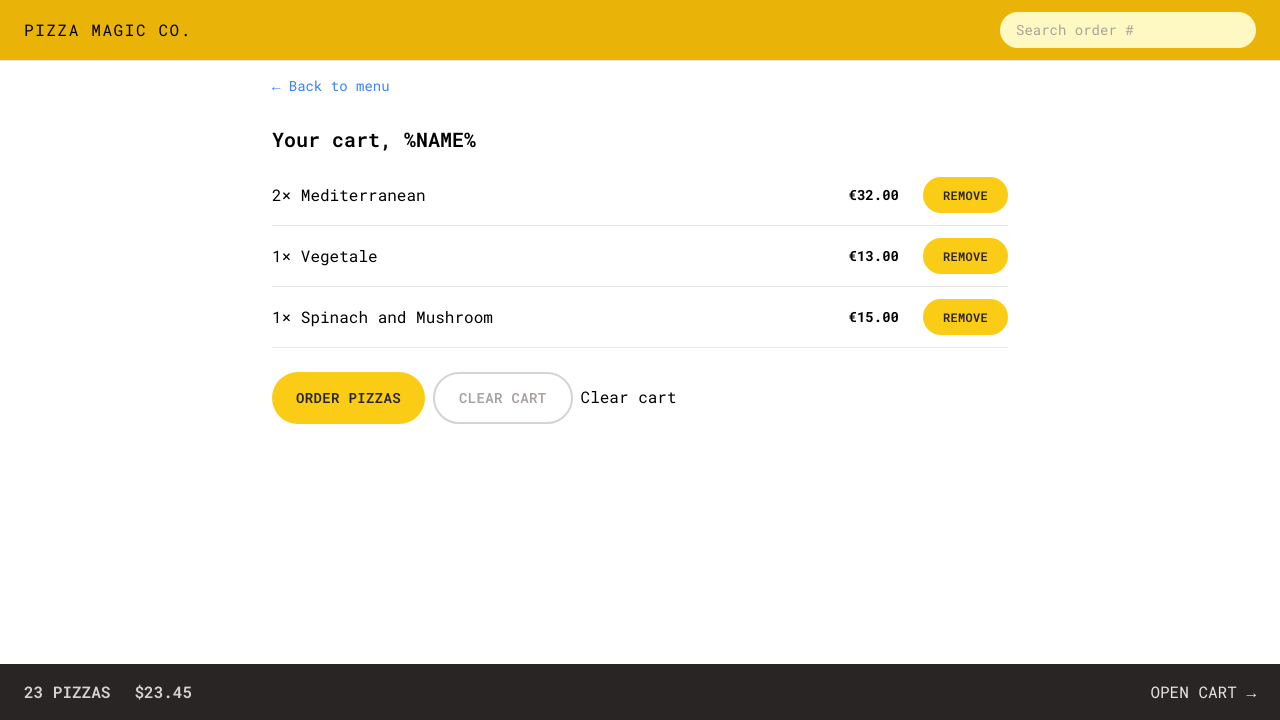
Repository: SyLe-Van/The-Pizza-Magic-web
Page: /cart
These files come from the project's save history. The page is drawn as it stood at one moment and after the next save; the edit follows.
The browser window is 1280 px wide. The pictures show the whole page.
The project was rebuilt for these pictures with package versions that can differ from the ones it lists, and the page was loaded fresh each time. Also part of the build but not shown: vite.config.js, src/features/user/CreateUser.jsx, src/ui/Home.jsx, src/features/user/Username.jsx, src/ui/Loader.jsx, src/services/apiRestaurant.js, src/features/menu/Menu.jsx, src/ui/Error.jsx and 3 more. Imported but missing from the stored project, and not drawn on this page: src/features/menu/MenuItem.

Above is the page before, as saved 2024-07-28 23:22:39.

### index.html
<!doctype html>
<html lang="en">
  <head>
    <meta charset="UTF-8" />
    <link rel="icon"
      href="data:[embedded picture, 141 characters]">

    <meta name="viewport" content="width=device-width, initial-scale=1.0" />
    <link rel="preconnect" href="https://fonts.googleapis.com">
    <link rel="preconnect" href="https://fonts.gstatic.com" crossorigin>
    <link href="https://fonts.googleapis.com/css2?family=Roboto+Mono:ital,wght@0,100..700;1,100..700&display=swap"
      rel="stylesheet">
    <title>Pizza Magic</title>
  </head>
  <body clas="bg-stone-100 text-stone-700">
    <div id="root"></div>
    <script type="module" src="/src/main.jsx"></script>
  </body>
</html>

### src/main.jsx
import React from 'react'
import ReactDOM from 'react-dom/client'
import App from './App.jsx'
import store from './store'
import { Provider } from 'react-redux'
import './index.css'
ReactDOM.createRoot(document.getElementById('root')).render(
  <React.StrictMode>
    <Provider store={store}>
      <App />
    </Provider>
  </React.StrictMode>,
)

### src/App.jsx
import {RouterProvider, createBrowserRouter } from "react-router-dom"
import Home from "./ui/Home"
import AppLayout from "./ui/AppLayout"
import Menu, {loader as menuLoader} from "./features/menu/Menu"
import Cart from "./features/cart/Cart"
import Error from "./ui/Error"
import CreateOrder, {action as CreateOrderAction} from "./features/order/CreateOrder"
import Order, {loader as orderLoader} from "./features/order/Order"
const router = createBrowserRouter([
  {
    element: <AppLayout />,
    errorElement: <Error />,
    children: [
      {
        path: "/",
        element: <Home />
      },
      {
        path: "/menu",
        element: <Menu />,
        loader: menuLoader,
        errorElement: <Error />,
      },
      {
        path: "/cart",
        element: <Cart />
      },
      {
        path: "/order/new",
        element: <CreateOrder />,
        action: CreateOrderAction,
      },
      {
        path: "/order/:orderId",
        element: <Order />,
        loader: orderLoader,
        errorElement: <Error />,
      }
    ]
  },


])

export default function App() {
  return <RouterProvider router={router} />
}

### src/index.css
@tailwind base;
@tailwind components;
@tailwind utilities;

@layer components {
  .input{
    @apply
      rounded-full
       md:px-6 md:py-3
        focus:ring
        focus:ring-yellow-400
         focus:outline-none
          border
           border-stone-200
             px-4 py-2
            text-sm transition-all
             duration-300
              placeholder:text-stone-400
               bg-slate-300

  }
    .loader {
      width: 45px;
      aspect-ratio: 0.75;
      --c: no-repeat linear-gradient(theme(colors.stone.800) 0 0);
      background: var(--c) 0% 50%, var(--c) 50% 50%, var(--c) 100% 50%;
      background-size: 20% 50%;
      animation: loading 1s infinite linear;
    }

    @keyframes loading {
      20% {
        background-position: 0% 0%, 50% 50%, 100% 50%;
      }

      40% {
        background-position: 0% 100%, 50% 0%, 100% 50%;
      }

      60% {
        background-position: 0% 50%, 50% 100%, 100% 0%;
      }

      80% {
        background-position: 0% 50%, 50% 50%, 100% 100%;
      }
    }
}
/* body {
  font-family: system-ui, -apple-system, BlinkMacSystemFont, 'Segoe UI', Roboto,
    Oxygen, Ubuntu, Cantarell, 'Open Sans', 'Helvetica Neue', sans-serif;
  background-color: #f7f7f7;
  color: #444;
}

.layout {
  display: grid;
  grid-template-rows: auto 1fr auto;
  gap: 32px;
  height: 100dvh;

} */

/* https://dev.to/afif/i-made-100-css-loaders-for-your-next-project-4eje */

### src/ui/AppLayout.jsx
import { Outlet, useNavigation } from "react-router-dom";
import CartOverview from "../features/cart/CartOverview";
import Header from "./Header";
import Loader from "./Loader";
export default function AppLayout() {
    const navigation = useNavigation()
    const isLoading = navigation.state === "loading"
    return (
        <div className="grid h-screen grid-rows-[auto_1fr_auto]">
            {isLoading && <Loader />}
            <Header />
            <div className="overflow-scroll">
                <main className="mx-auto max-w-3xl ">
                    <Outlet />
                </main>
            </div>
            <CartOverview />
        </div>
    )
}

### src/features/cart/Cart.jsx
import { Link } from 'react-router-dom';
import LinkButton from '../../ui/LinkButton';
import Button from '../../ui/Button';
import CartItem from './CartItem';
const fakeCart = [
  {
    pizzaId: 12,
    name: 'Mediterranean',
    quantity: 2,
    unitPrice: 16,
    totalPrice: 32,
  },
  {
    pizzaId: 6,
    name: 'Vegetale',
    quantity: 1,
    unitPrice: 13,
    totalPrice: 13,
  },
  {
    pizzaId: 11,
    name: 'Spinach and Mushroom',
    quantity: 1,
    unitPrice: 15,
    totalPrice: 15,
  },
];

function Cart() {
  const cart = fakeCart;

  return (
    <div className='py-3 px-4 '>
      <LinkButton to="/menu">&larr; Back to menu</LinkButton>
      <h2 className='mt-7 text-xl font-semibold'>Your cart, %NAME%</h2>
      <ul className='divide-y divide-stone-200 border-b mt-3'>
        {cart.map(item => <CartItem item={item} key={item.key} />)}
      </ul>
      <div className='mt-6 space-x-2'>
        <Button type="primary" to="/order/new">Order pizzas</Button>

        <Button type="secondary">Clear cart</Button>
        <button>Clear cart</button>
      </div>
    </div>
  );
}

export default Cart;

### src/features/user/userSlice.js
// function getPosition() {
//   return new Promise(function (resolve, reject) {
//     navigator.geolocation.getCurrentPosition(resolve, reject);
//   });
// }

// async function fetchAddress() {
//   // 1) We get the user's geolocation position
//   const positionObj = await getPosition();
//   const position = {
//     latitude: positionObj.coords.latitude,
//     longitude: positionObj.coords.longitude,
//   };

//   // 2) Then we use a reverse geocoding API to get a description of the user's address, so we can display it the order form, so that the user can correct it if wrong
//   const addressObj = await getAddress(position);
//   const address = `${addressObj?.locality}, ${addressObj?.city} ${addressObj?.postcode}, ${addressObj?.countryName}`;

//   // 3) Then we return an object with the data that we are interested in
//   return { position, address };
// }
import { createSlice } from "@reduxjs/toolkit";

const initialState = {
  username: "",
};
const userSlice = createSlice({
  name: "user",
  initialState,
  reducers: {
    updateName(state, action) {
      state.username = action.payload;
    },
  },
});

export const { updateName } = userSlice.actions;

export default userSlice.reducer;

### src/ui/Button.jsx
import { Link } from "react-router-dom";
function Button({ children, disabled, to , type}) {

    const base = "bg-yellow-400 text-sm focus:outline-none focus:ring-offset-2 focus:ring focus:ring-yellow-300 focus:bg-yellow-300 duration-300 transition-colors uppercase font-semibold   text-stone-800 inline-block  tracking-wide rounded-full hover:bg-yellow-300 disabled:cursor-not-allowed "
    const styles = {
        secondary: "focus:outline-none text-sm hover:text-stone-800 border-2 py-2.5 px-4 md:px-6 md:py-3.5 border-stone-300 focus:ring-offset-2 focus:ring focus:ring-stone-200 focus:bg-stone-300 duration-300 transition-colors uppercase font-semibold   text-stone-400 inline-block  tracking-wide rounded-full hover:bg-stone-300 disabled:cursor-not-allowed ",
        primary: base + "py-3 px-4  md:px-6 md:py-4",
        small: base + "px-4 py-2 md:px-5 md:py-2.5 text-xs"
    }
    if (to) {
        return <Link className={styles[type]} to={to}>{children}</Link>
    }
    return <button disabled={disabled} className={styles[type]}>
      {children}
  </button>
}
export default Button;

### src/features/cart/CartOverview.jsx
import { Link } from "react-router-dom";

export default function CartOverview() {
  return (
    <div className="bg-stone-800 text-stone-200 py-4 justify-between uppercase  px-4 sm:px-6 md:text-base flex items-center">
      <p className="text-stone-300 font-semibold space-x-4 sm:space-x-6">
        <span>23 pizzas</span>
        <span>$23.45</span>
      </p>
      <Link to='/cart'>Open cart &rarr;</Link>
    </div>
  );
}

### src/ui/Header.jsx
import { Link } from "react-router-dom";
import Username from "../features/user/Username";
import SearchOrder from "../features/order/SearchOrder";

export default function Header() {
    return (
        <header className="bg-yellow-500  flex items-center justify-between uppercase py-3 px-4 border-b border-stone-200 sm:px-6">
            <Link className="tracking-widest" to="/">Pizza Magic Co.</Link>
            <SearchOrder />

            <Username />

        </header>
    )
}

### src/ui/LinkButton.jsx
import {Link, useNavigate } from 'react-router-dom';
function LinkButton({ children, to }) {
    const navigatate = useNavigate();
    const className = "text-sm text-blue-500 hover:text-blue-600 hover:underline"
    if(to === '-1') {
        return (
            <button className={className} onClick={() => navigatate(-1)}>
            {children}
          </button>
        );
    }
  return (
      <Link to={to} className={className}>
          {children}
    </Link>
  );
}

export default LinkButton;

### src/features/cart/CartItem.jsx
import Button from "../../ui/Button";
import { formatCurrency } from "../../utils/helpers";
function CartItem({ item }) {
  const { pizzaId, name, quantity, totalPrice } = item;

  return (
    <li className="py-3 sm:flex sm:items-center sm:justify-between ">
      <p className="mb-1 sm:mb-0">
        {quantity}&times; {name}
      </p>
      <div className="flex justify-between sm:gap-6 items-center">
        <p className="text-sm font-bold">{formatCurrency(totalPrice)}</p>
        <Button type="small">Remove</Button>
      </div>
    </li>
  );
}

export default CartItem;

### src/features/order/SearchOrder.jsx
import {useState} from 'react';
import { useNavigate } from 'react-router-dom';
export default function SearchOrder() {
    const [query, setQuery] = useState("");
    const navigate = useNavigate()

    function handleSubmit(e) {
        e.preventDefault();
        if (!query) return;
        navigate('/order/' + query)
        setQuery("")
    }
    return (
        <form onSubmit={handleSubmit}>
            <input  placeholder="Search order #"
                value={query}
                onChange={e => setQuery(e.target.value)}
                className='w-28 transition-all duration-300 focus:ring-opacity-50 rounded-full bg-yellow-100 px-4 py-2 text-sm placeholder:text-stone-400 sm:w-64 sm:focus:focus:w-72 focus:outline-none focus:ring focus:ring-yellow-500'
            />
        </form>
    )
}

### tailwind.config.js
/** @type {import('tailwindcss').Config} */
module.exports = {
  content: ["./index.html", "./src/**/*.{html,js,jsx,tsx}"],
  theme: {
    fontFamily: {
      sans: "Roboto Mono, monospace",
    },

    extend: {
      fontSize: {
        huge: ["8rem", { lineHeight: "1" }],
      },
      height: {
        screen: "100dvh",
      },
    },
  },
  plugins: [],
};

Loaded but not shown: src/store.js (common file); src/utils/helpers.js (common file)

After the next save:
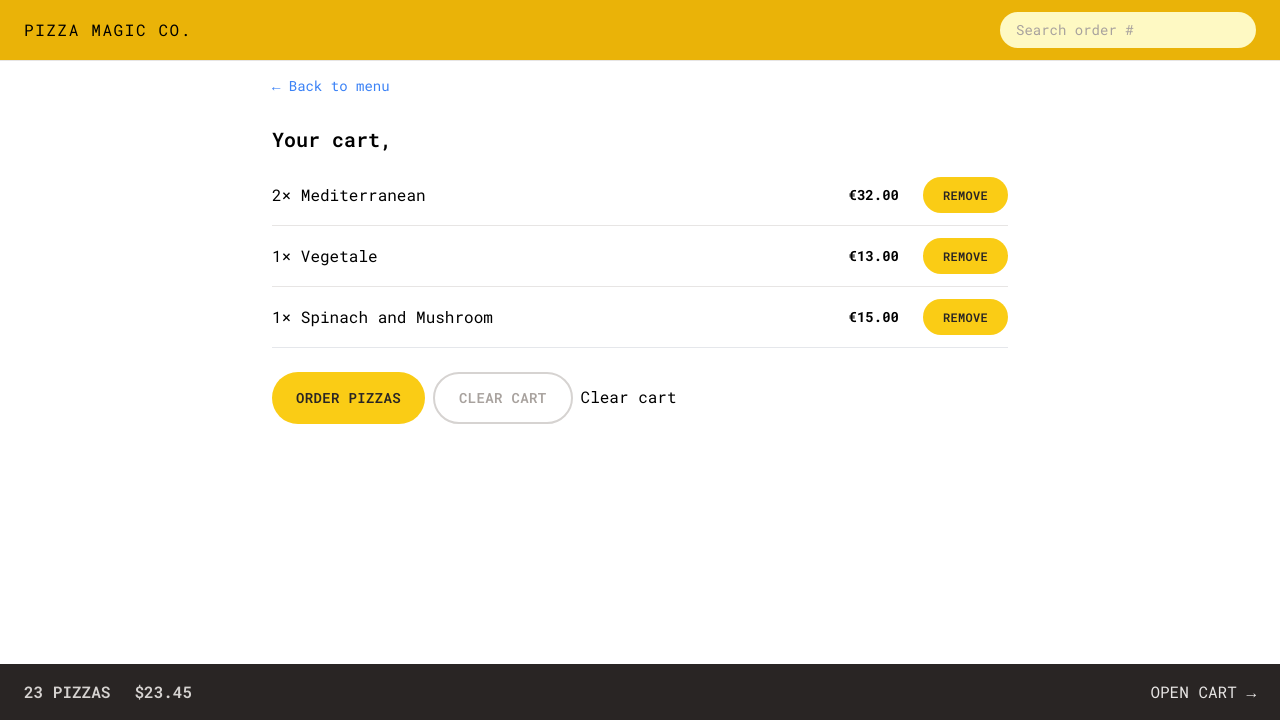
Saved 106 s later.
--- a/src/features/cart/Cart.jsx
+++ b/src/features/cart/Cart.jsx
@@ -2,6 +2,7 @@ import { Link } from 'react-router-dom';
 import LinkButton from '../../ui/LinkButton';
 import Button from '../../ui/Button';
 import CartItem from './CartItem';
+import { useSelector } from 'react-redux';
 const fakeCart = [
   {
     pizzaId: 12,
@@ -27,12 +28,14 @@ const fakeCart = [
 ];
 
 function Cart() {
+    const username = useSelector(state => state.user.username);
+
   const cart = fakeCart;
 
   return (
     <div className='py-3 px-4 '>
       <LinkButton to="/menu">&larr; Back to menu</LinkButton>
-      <h2 className='mt-7 text-xl font-semibold'>Your cart, %NAME%</h2>
+      <h2 className='mt-7 text-xl font-semibold'>Your cart, {username}</h2>
       <ul className='divide-y divide-stone-200 border-b mt-3'>
         {cart.map(item => <CartItem item={item} key={item.key} />)}
       </ul>
